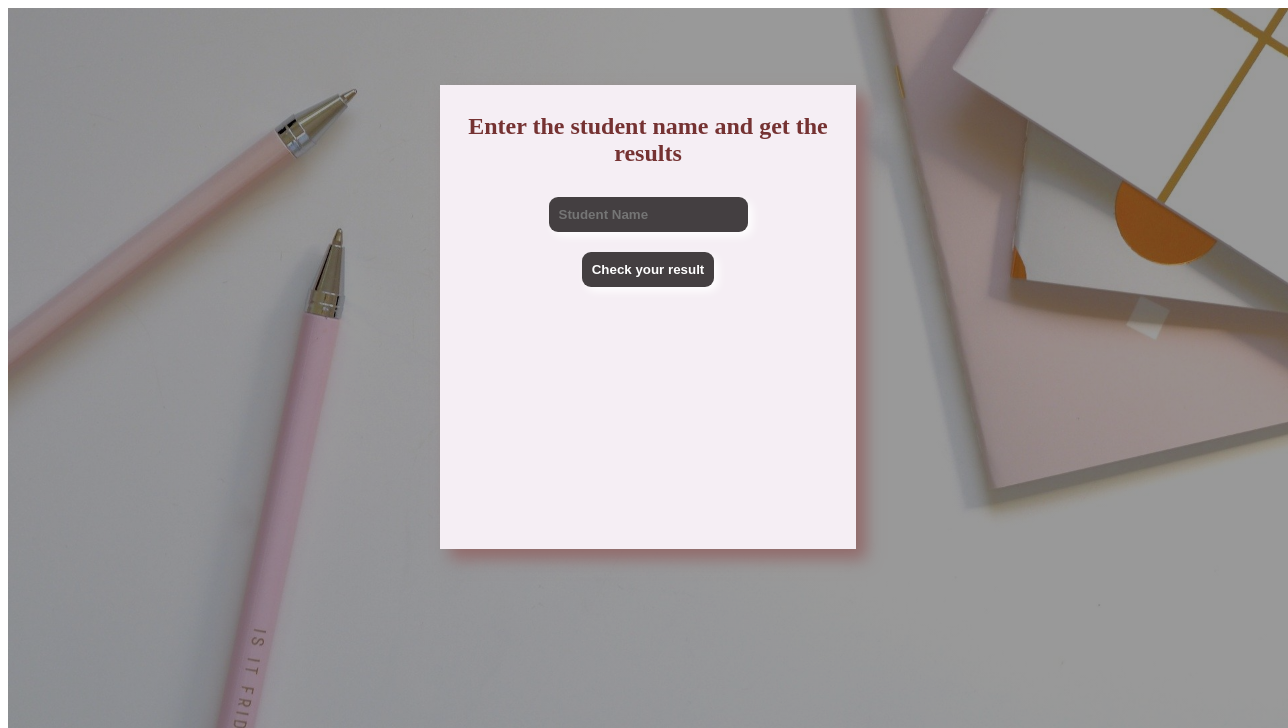
Repository: AyushiPN/LGMVIP-Web-Development-Task3
Page: index.html
The author's editor kept a copy of each file at every save. The page is drawn from the files as they stood at one save, then again after the next save.
The browser window is 1280 px wide. The page is 1288 px wide, so the pictures cover 1288 px, including what lies to the right of the window. The pictures show the whole page.

Above is the page before, as saved 2021-11-22 15:11:27.

### index.html
<!DOCTYPE html>
<html lang="en">

<head>
    <meta charset="UTF-8">
    <meta http-equiv="X-UA-Compatible" content="IE=edge">
    <meta name="viewport" content="width=device-width, initial-scale=1.0">
    <title>Check the result</title>

    <link rel="stylesheet" href="style.css">


</head>

<body>
    <div id="main">
        <div id="input" align="center">
            <h2>Enter the student name and get the results</h2>
            <input type="text" name="" id="studentname" placeholder="Student Name">
            <br>
            <input type="button" name="" onclick="result()" value="Check your result" id="">
            <p id="output"></p>
        </div>
    </div>
    <script defer src="script.js"></script>
</body>

</html>

### style.css
/* *{
  margin: 0;padding: 0;
  box-sizing: border-box;
} */

#main {
    height: 100%;
    width: 100%;
    background-image: linear-gradient(rgba(0, 0, 0, 0.4), rgba(0, 0, 0, 0.4)), url("1.jpg");
    background-position: center;
    background-size: cover;
    position: absolute;
}

#input {
    width: 25rem;
    height: 28rem;
    box-shadow: 10px 10px 15px rgb(146, 107, 107);
    position: relative;
    margin: 6% auto;
    /* font-weight: bolder; */
    background-color: #f5eef4;
    padding: 8px;
    color: rgb(117, 50, 50);
    text-align: center;
}

input {
    font-weight: bolder;
    background-color: rgba(24, 21, 21, 0.8);
    color: white;
    border: none;
    margin: 10px;
    padding: 10px;
    box-shadow: 4px 4px 10px white;
    border-radius: 9px;
}

p {
    margin-top: 15px;
}

### script.js
function result() {

    var students = {

        AYUSHI: {
            english: "97",
            science: "90",
            maths: "94",
        },
        PRANALI: {
            english: "94",
            science: "77",
            maths: "84",
        },
        SHRUTI: {
            english: "77",
            science: "70",
            maths: "91",
        },
        DURVA: {
            english: "80",
            science: "89",
            maths: "90",
        },
        AISHWARYA: {
            english: "80",
            science: "77",
            maths: "89",
        }

    }


    var studentname = document.getElementById('studentname').value;
    var input = studentname.toUpperCase();
    var definition = students[input];
    var output = document.getElementById("output");

    if (definition == undefined) {
        output.innerHTML = '<hr> There is no information. </hr>';
    } else {
        output.innerHTML = '<hr> English score is 97. <hr>Science score is 78. <hr> Maths score is 89 </hr>';

    };
};

After the next save:
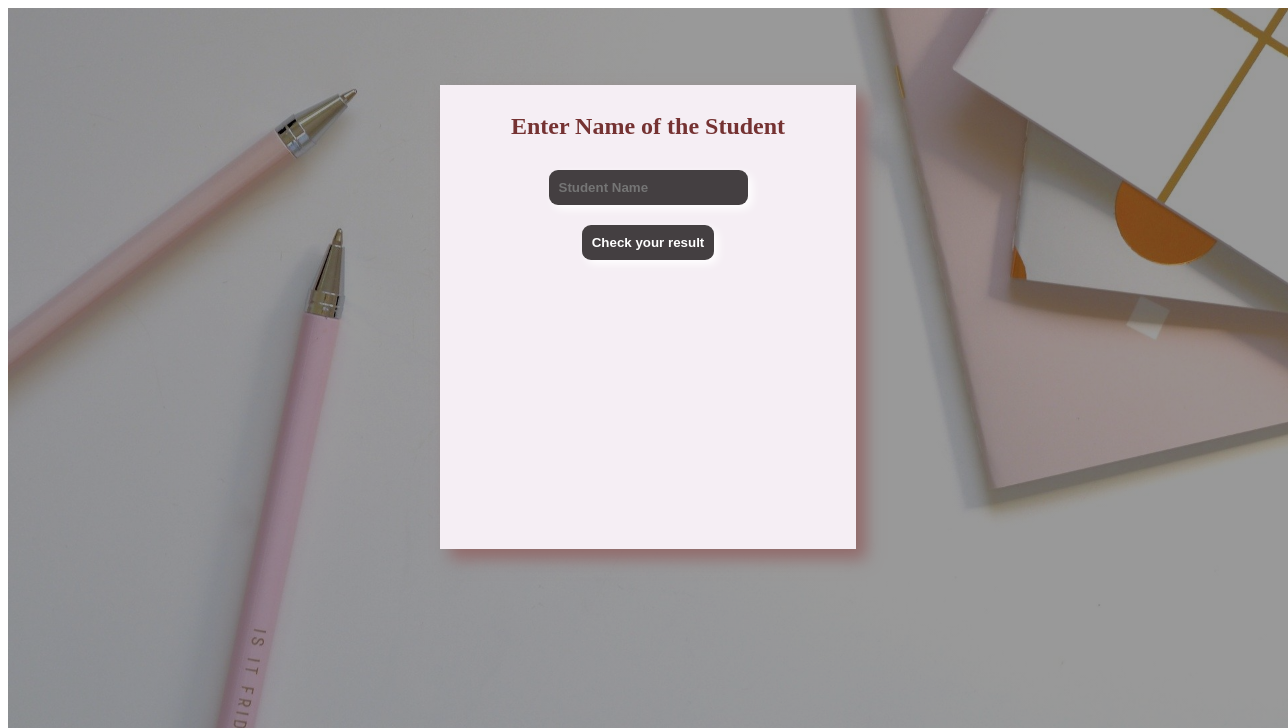
Saved 92 s later.
--- a/index.html
+++ b/index.html
@@ -5,7 +5,7 @@
     <meta charset="UTF-8">
     <meta http-equiv="X-UA-Compatible" content="IE=edge">
     <meta name="viewport" content="width=device-width, initial-scale=1.0">
-    <title>Check the result</title>
+    <title>Check your result</title>
 
     <link rel="stylesheet" href="style.css">
 
@@ -15,7 +15,7 @@
 <body>
     <div id="main">
         <div id="input" align="center">
-            <h2>Enter the student name and get the results</h2>
+            <h2>Enter Name of the Student </h2>
             <input type="text" name="" id="studentname" placeholder="Student Name">
             <br>
             <input type="button" name="" onclick="result()" value="Check your result" id="">
